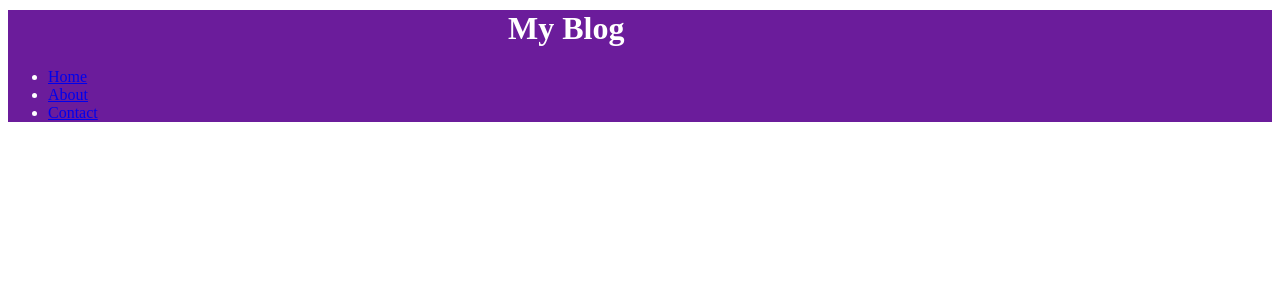
Repository: Femi007-gh/BLOG
Page: index.html
These files come from the project's save history. The page is drawn as it stood at one moment and after the next save; the edit follows.
The browser window is 1280 px wide. The pictures show the whole page.

Above is the page before, as saved 2025-01-08 06:48:53.

### index.html
<html>
  <head>
    <title>BLOG</title>
    <link rel="stylesheet" href="style.css">
  </head>
  <body>
    <header>
      <h1>My Blog</h1>
      <nav>
        <ul>
          <li><a href="#">Home</a></li>
          <li><a href="#">About</a></li>
          <li><a href="#">Contact</a></li>
        </ul>
      </nav>
    </header>
  </body>
</html>

### style.css
header {
  background-color: 6B1C9B;
  color: white;
}

h1 {
  margin-left: 500px;
  margin-top: 10px;
}

After the next save:
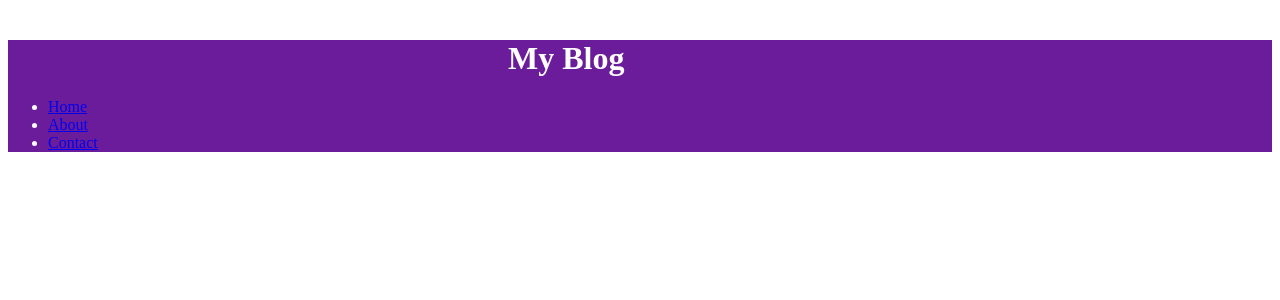
Saved 23 s later.
--- a/style.css
+++ b/style.css
@@ -5,5 +5,5 @@ header {
 
 h1 {
   margin-left: 500px;
-  margin-top: 10px;
+  margin-top: 40px;
 }
